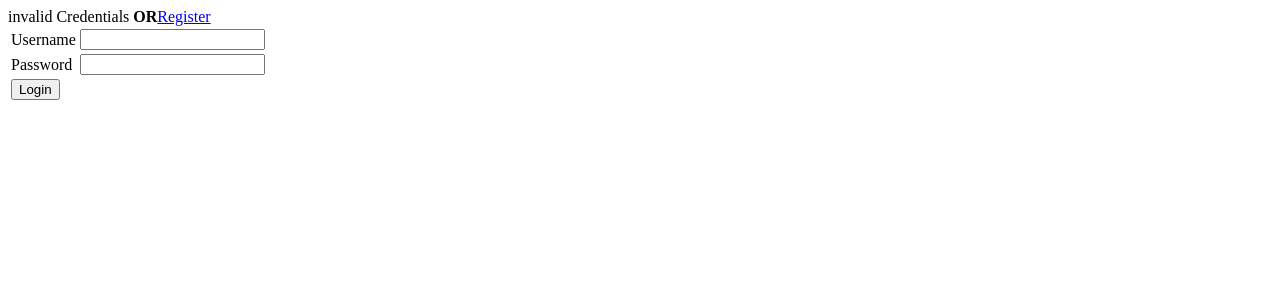
Repository: devAyush2025/JSP_TUT
Page: http://localhost/myapp/loginServlet
These files come from the project's save history. The page is drawn as it stood at one moment and after the next save; the edit follows.
The browser window is 1280 px wide. The pictures show the whole page.
The page is served by Tomcat 10. Other server files are loaded and not shown. Queries for data that is not in the repository find no rows.

Above is the page before, as saved 2024-11-21 11:50:07.

### myapp/src/main/webapp/login.html
<!DOCTYPE html>
<html>
<head>
<meta charset="ISO-8859-1">
<title>Login</title>
</head>
<body>
	 <form method="post" action="loginServlet">
        <table>
            <tr>
                <td>Username</td>
                <td><input type="text" name="uname" id=""></td>
            </tr>

            <tr>
                <td>Password</td>
                <td><input type="password" name="pass" id=""></td>
            </tr>

            <tr>
                <td><button type="submit" value="Login">Login</button></td>
            </tr>
        </table>
    </form>
</body>
</html>

### myapp/src/main/java/com/app/controllers/LoginServlet.java
package com.app.controllers;

import jakarta.servlet.ServletException;
import jakarta.servlet.annotation.WebServlet;
import jakarta.servlet.http.HttpServlet;
import jakarta.servlet.http.HttpServletRequest;
import jakarta.servlet.http.HttpServletResponse;
import java.io.IOException;
import java.io.PrintWriter;
import java.sql.SQLException;

import com.app.dao.EmployeeDao;
import com.app.model.Employee;

/**
 * Servlet implementation class LoginServlet
 */

@WebServlet("/loginServlet")
public class LoginServlet extends HttpServlet {
	private static final long serialVersionUID = 1L;

    /**
     * @see HttpServlet#HttpServlet()
     */
    public LoginServlet() {
        super();
        // TODO Auto-generated constructor stub
    }

	/**
	 * @see HttpServlet#doGet(HttpServletRequest request, HttpServletResponse response)
	 */
	protected void doGet(HttpServletRequest request, HttpServletResponse response) throws ServletException, IOException {
		// TODO Auto-generated method stub
		PrintWriter pw = response.getWriter();
		response.setContentType("text/html");
		String user = request.getParameter("uname");
		String password = request.getParameter("pass");

		Employee e = new Employee();

		e.setUsername(user);
		e.setPassword(password);



		boolean flag;

		try {
			flag = EmployeeDao.loginEmployee(e);

			if(flag) {
				pw.write("Login Successfull");
				request.getRequestDispatcher("welcome.html").include(request, response);
			}
			else {
				pw.write("invalid Credentials <b>OR</b>");
				pw.write("<a class='btn btn-success' href='Register.html' value='Register'>Register</a>");
				request.getRequestDispatcher("login.html").include(request, response);

			}
		}catch(ClassNotFoundException exp ) {
			exp.printStackTrace();
		}
		catch(SQLException exp ) {
			exp.printStackTrace();
		}
//		response.getWriter().append("Served at: ").append(request.getContextPath());
	}

	/**
	 * @see HttpServlet#doPost(HttpServletRequest request, HttpServletResponse response)
	 */
	protected void doPost(HttpServletRequest request, HttpServletResponse response) throws ServletException, IOException {
		// TODO Auto-generated method stub
		doGet(request, response);
	}

}

### myapp/src/main/java/com/app/model/Employee.java
package com.app.model;

public class Employee {
	private String username;
	private String password;
	private String email;
	private String gender;
	private String age;
	private String term;

	public Employee() {

	}

	public String getUsername() {
		return username;
	}

	public void setUsername(String username) {
		this.username = username;
	}

	public String getPassword() {
		return password;
	}

	public void setPassword(String password) {
		this.password = password;
	}

	public String getEmail() {
		return email;
	}

	public void setEmail(String email) {
		this.email = email;
	}

	public String getGender() {
		return gender;
	}

	public void setGender(String gender) {
		this.gender = gender;
	}

	public String getAge() {
		return age;
	}

	public void setAge(String age) {
		this.age = age;
	}

	public String getTerm() {
		return term;
	}

	public void setTerm(String term) {
		this.term = term;
	}


}

### myapp/src/main/java/com/app/dao/EmployeeDao.java
package com.app.dao;

import java.sql.Connection;
import java.sql.DriverManager;
import java.sql.PreparedStatement;
import java.sql.ResultSet;
import java.sql.SQLException;

import com.app.model.Employee;

public class EmployeeDao {



	public static Connection getConnection() throws ClassNotFoundException, SQLException
	{

			Class.forName("com.mysql.cj.jdbc.Driver");
			System.out.println("Driver found");
			Connection con=DriverManager.getConnection("jdbc:mysql://192.168.100.80:3306/group025","group025","welcome");
			System.out.println("Connection established");
			return con;

		}


	public static int registerEmployee(Employee e) throws ClassNotFoundException, SQLException {
		int i =0;
				try {
				Connection con = getConnection();
				PreparedStatement pstmt = con.prepareStatement("insert into empl(username ,password,email,gender,age) values(?,?,?,?,?)");

				pstmt.setString(1,e.getUsername());
				pstmt.setString(2,e.getPassword());
				pstmt.setString(3,e.getEmail());
				pstmt.setString(4,e.getGender());
				pstmt.setString(5,e.getAge());
//				pstmt.setString(6,e.getTerm());
				i=pstmt.executeUpdate();

				}
				catch(Exception e1)
				{
					return i;

				}
				return i;



	}


	public static boolean loginEmployee(Employee e) throws SQLException, ClassNotFoundException
	{
		boolean ans=false;
		Connection con=getConnection();
		PreparedStatement pstmt = con.prepareStatement("select * from emp1 where usename=? and password=?");

				pstmt.setString(1, e.getUsername());
				pstmt.setString(2, e.getPassword());


				ResultSet rs = pstmt.executeQuery();
				ans=rs.next();
				System.out.println("ans="+ans);
				return ans;

	}



	}

After the next save:
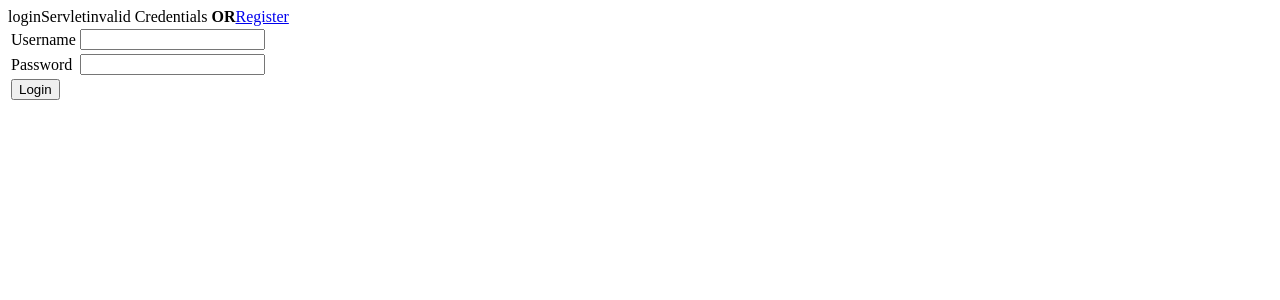
Saved 65 s later.
--- a/myapp/src/main/java/com/app/controllers/LoginServlet.java
+++ b/myapp/src/main/java/com/app/controllers/LoginServlet.java
@@ -42,7 +42,7 @@
 
 		e.setUsername(user);
 		e.setPassword(password);
-
+		pw.write("loginServlet");
 
 
 		boolean flag;

After the save that followed:
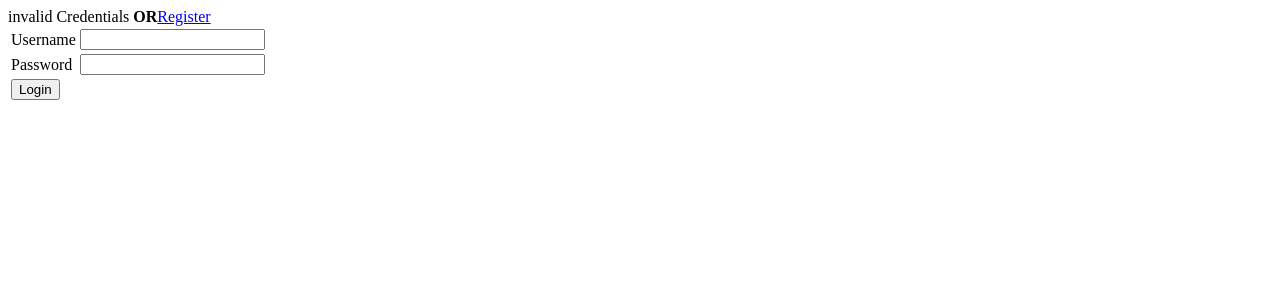
Saved 97 s later.
--- a/myapp/src/main/java/com/app/controllers/LoginServlet.java
+++ b/myapp/src/main/java/com/app/controllers/LoginServlet.java
@@ -42,7 +42,7 @@
 
 		e.setUsername(user);
 		e.setPassword(password);
-		pw.write("loginServlet");
+//		pw.write("loginServlet");
 
 
 		boolean flag;
